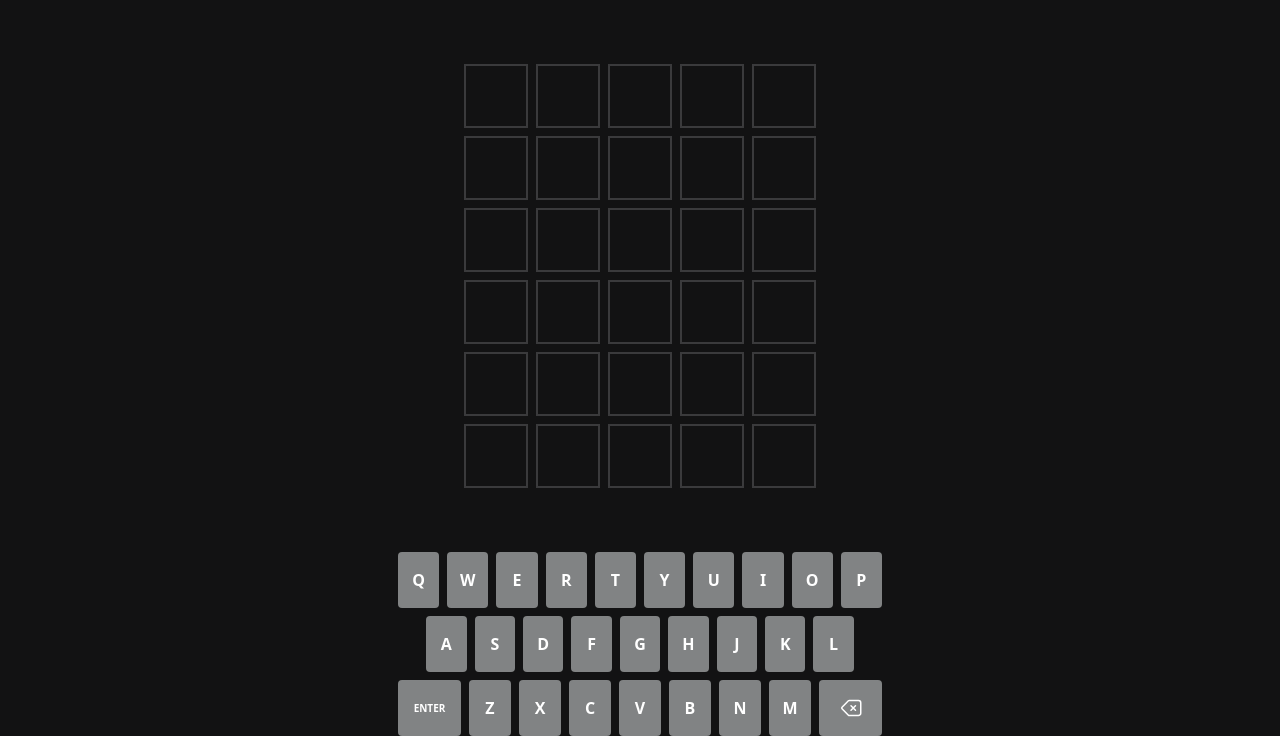
Repository: maxempolk/wordle-app
Page: / (app in frontend/)
The author's editor kept a copy of each file at every save. The page is drawn from the files as they stood at one save, then again after a run of saves.
The browser window is 1280 px wide. The pictures show the whole page.
The page's requests for data from a server got no answer. The project was rebuilt for these pictures with package versions that can differ from the ones it lists, and the page was loaded fresh each time. No one was signed in, and anything a server would have sent is missing. Also part of the build but not shown: frontend/vite.config.ts.

Above is the page before, as saved 2025-02-21 17:21:24.

After the next 3 saves:
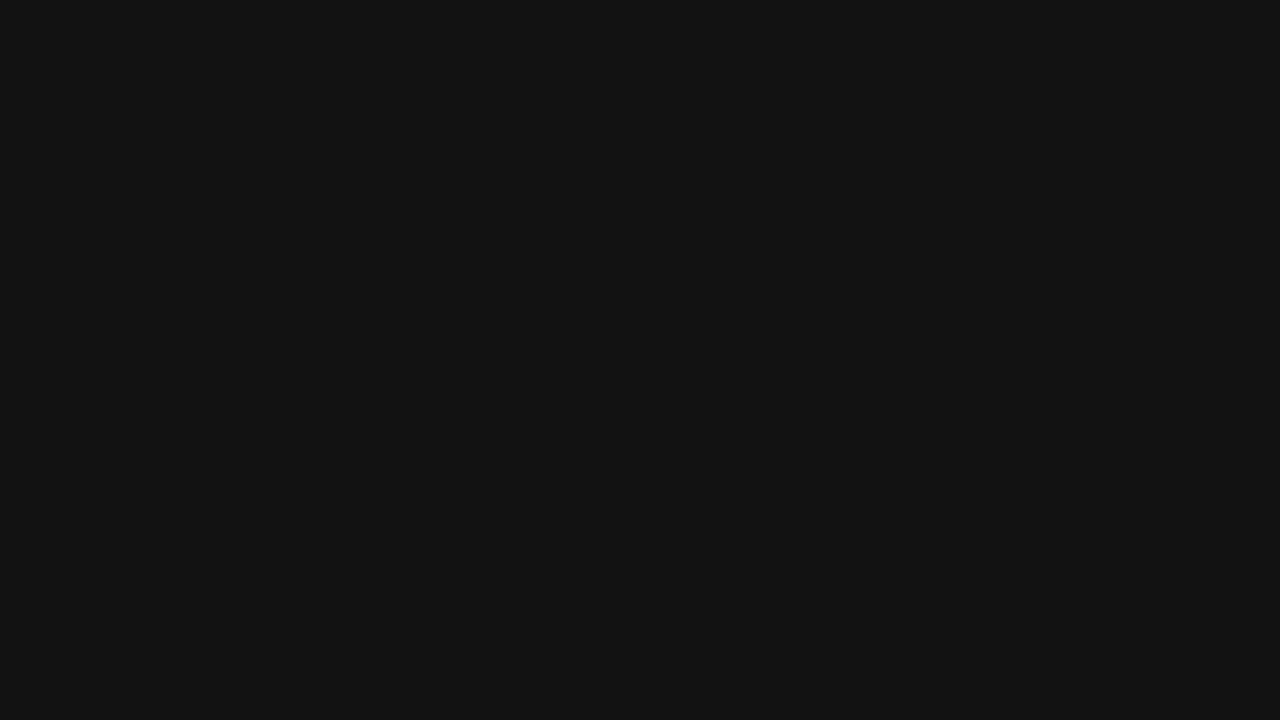
Console error (its wording comes from the project's code and is left out).
The 3 saves are shown as one change because they came seconds apart.
The last was saved 71 s later.
--- a/frontend/src/main.ts
+++ b/frontend/src/main.ts
@@ -2,13 +2,12 @@
 import { createApp } from 'vue'
 import { createPinia } from 'pinia'
 import App from './App.vue'
-import { getWord } from './api/getWord'
+import { useRealWordStore } from './stores/realWord'
 
 const app = createApp(App)
+
+useRealWordStore().fetchWord()
 
 app.use(createPinia())
 
 app.mount('#app')
-
-
-console.log( await getWord() )

After the save that followed:
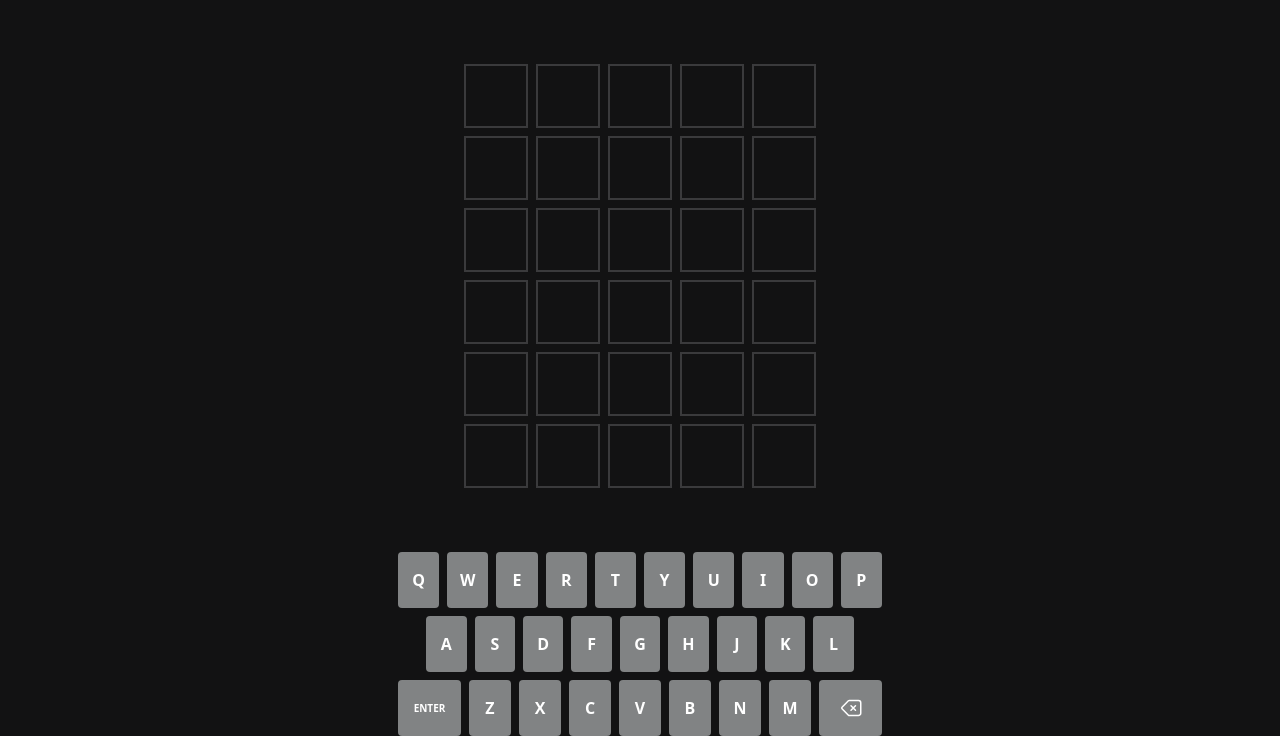
The error is gone.
Saved 7 s later.
--- a/frontend/src/main.ts
+++ b/frontend/src/main.ts
@@ -6,8 +6,8 @@
 
 const app = createApp(App)
 
-useRealWordStore().fetchWord()
 
 app.use(createPinia())
 
+useRealWordStore().fetchWord()
 app.mount('#app')
